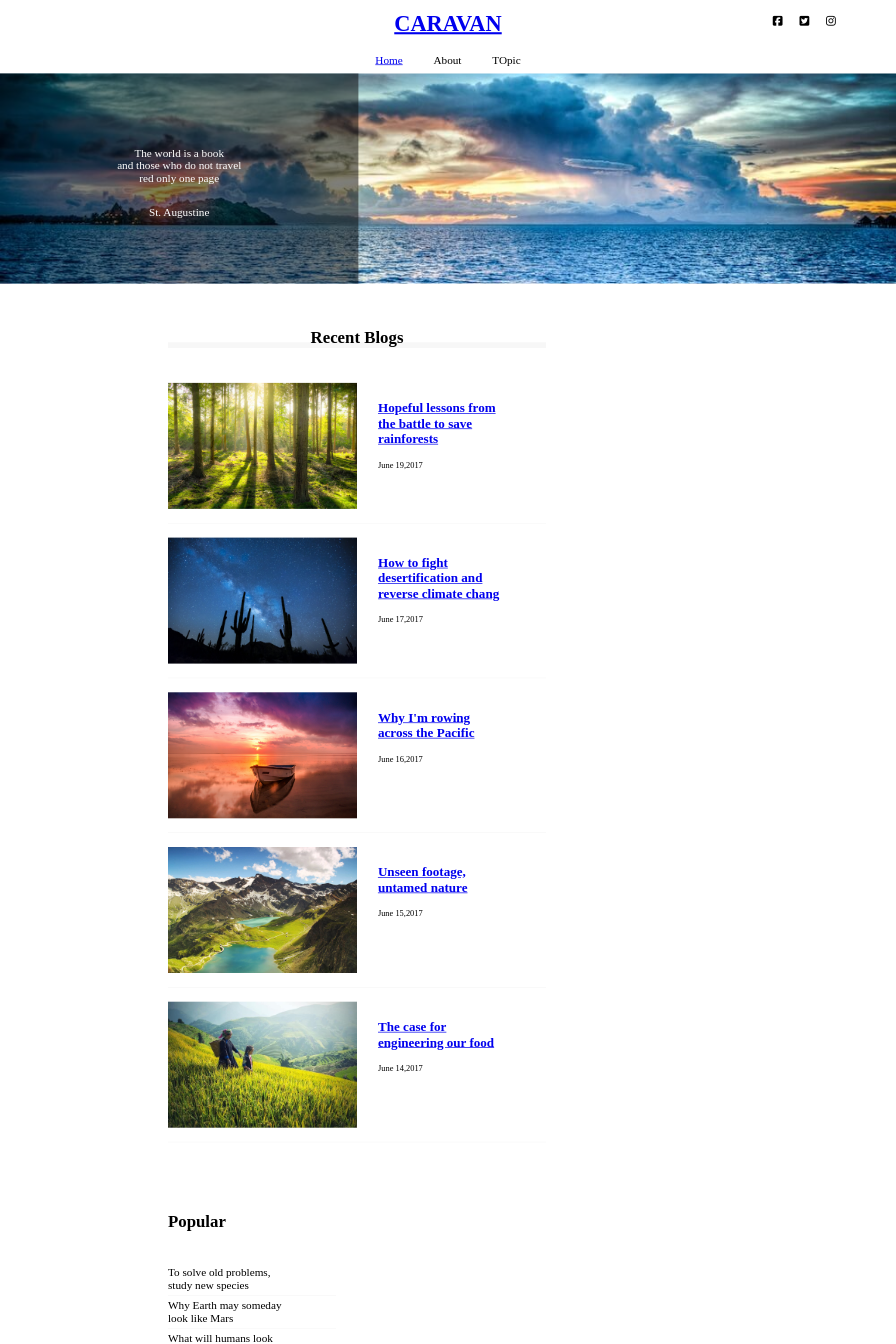
Repository: wakasugisatoi/git
Page: caravan/index2.html
The author's editor kept a record of every edit. The page is drawn from the files as they stood at one moment, then again after the next edit.
The browser window is 1280 px wide. The pictures show the part of the page from y = 0 to 1920 px (the page is 3070 px tall), at 70% of full size.
Some web libraries are served in a nearby version.

Above is the page before.

After the next edit:
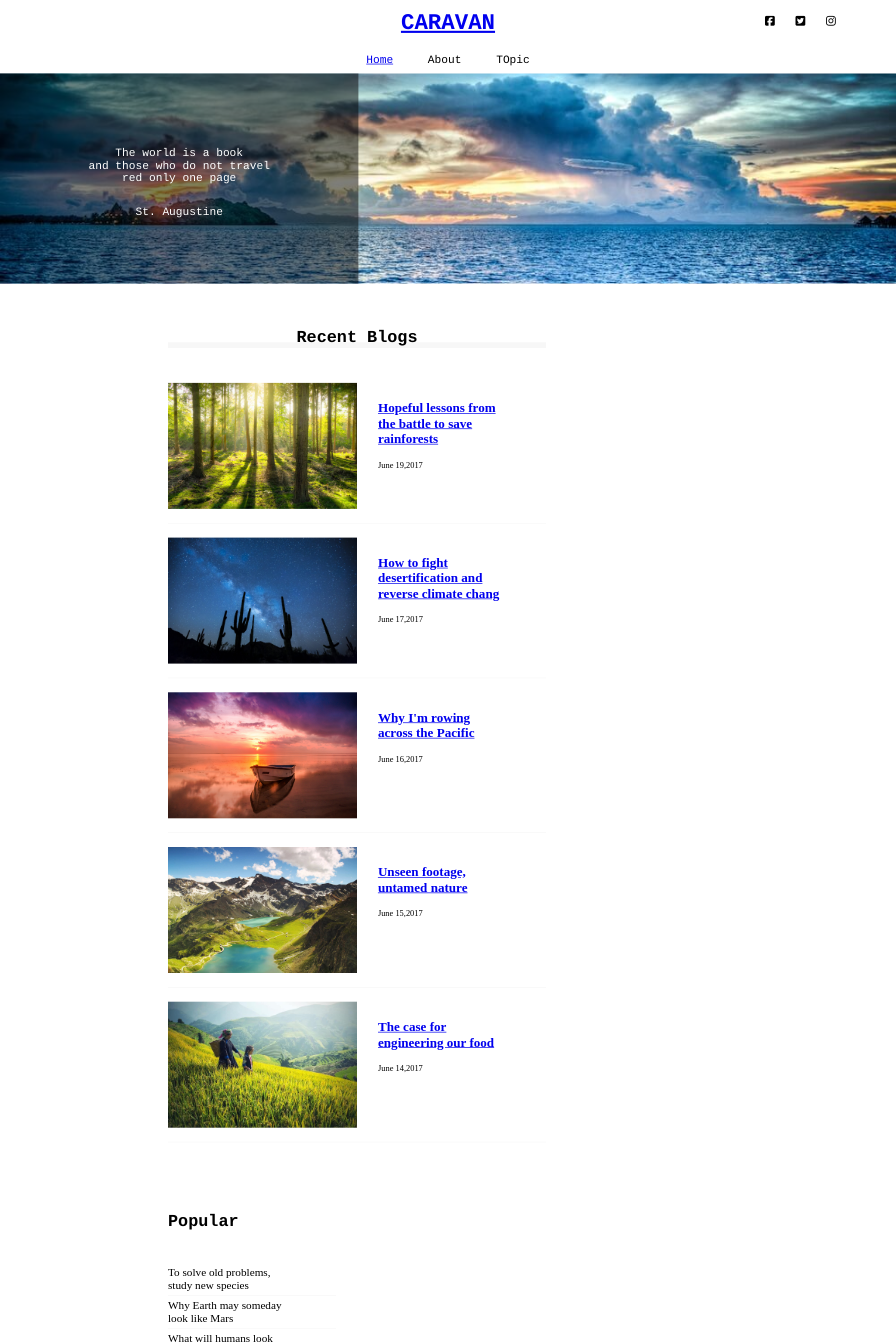
The edit:
--- a/caravan/style2.css
+++ b/caravan/style2.css
@@ -6,7 +6,7 @@
 
 /*a{*/
   /*text-decoration: none;*/
-}
+/*}*/
 
 header,nav,h2,.main-visual,footer{
   font-family: Chalkduster,"Bradley Hand",Courier,"Segoe Print",sans-serif;

After the edit that followed:
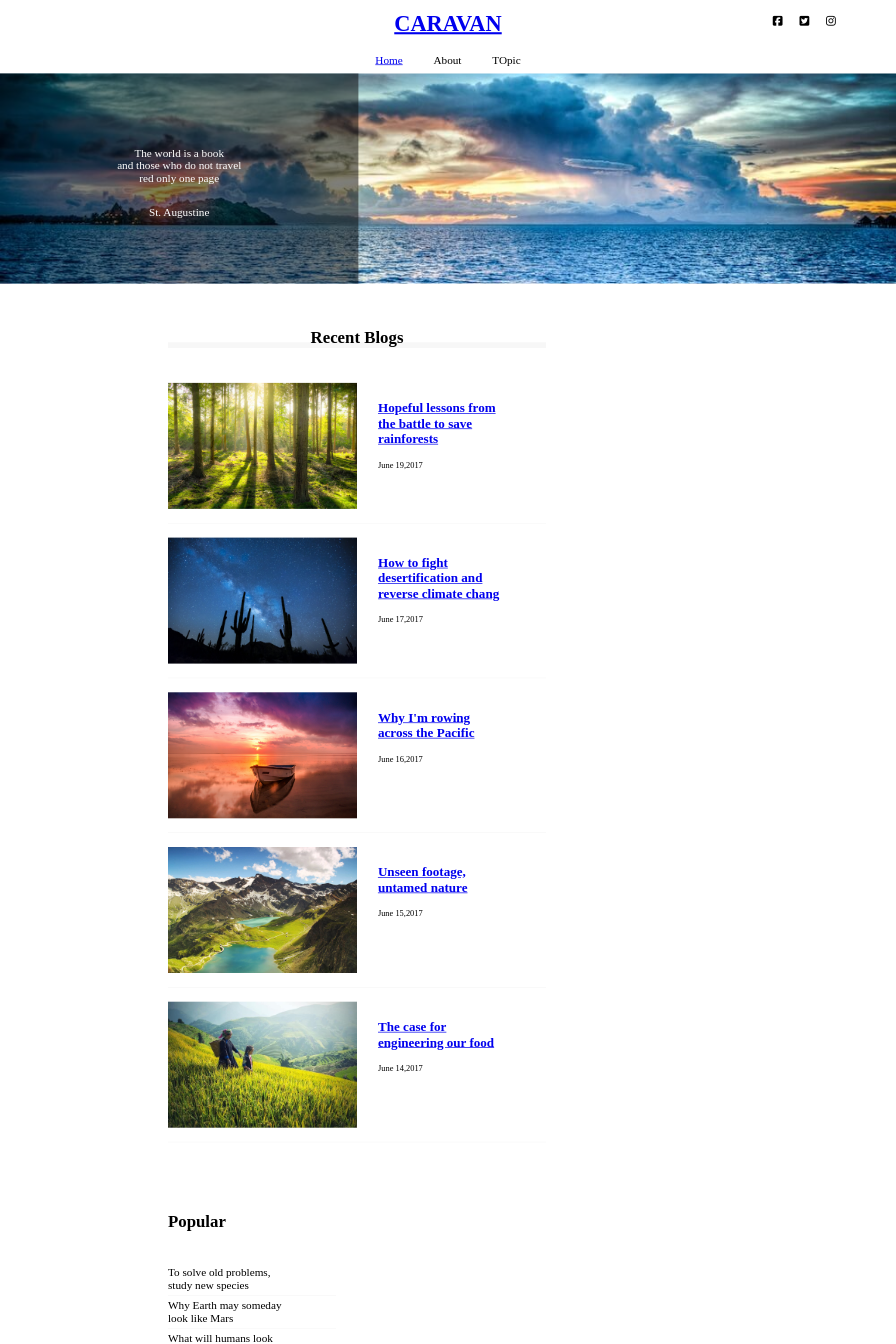
The edit:
--- a/caravan/style2.css
+++ b/caravan/style2.css
@@ -8,9 +8,9 @@
   /*text-decoration: none;*/
 /*}*/
 
-header,nav,h2,.main-visual,footer{
-  font-family: Chalkduster,"Bradley Hand",Courier,"Segoe Print",sans-serif;
-}
+/*header,nav,h2,.main-visual,footer{*/
+  /*font-family: Chalkduster,"Bradley Hand",Courier,"Segoe Print",sans-serif;*/
+/*}*/
 
 header{
   width: 90%;
